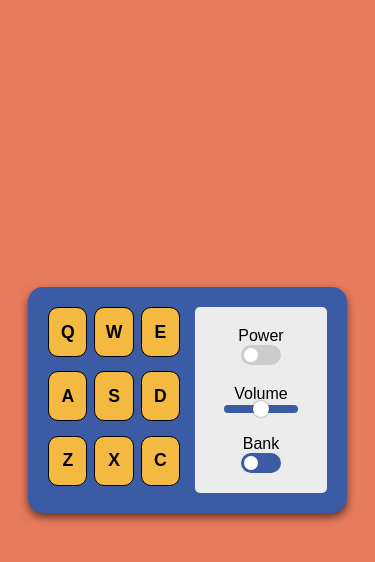
Repository: alfredoleano/drum-machine
Page: /
The author's editor kept a copy of each file at every save. The page is drawn from the files as they stood at one save, then again after the next save.
The browser window is 375 px wide. The pictures show the whole page.
The project was rebuilt for these pictures with package versions that can differ from the ones it lists, and the page was loaded fresh each time.

Above is the page before, as saved 2024-06-11 20:36:22.

### src/App.js
import { useEffect, useState } from 'react';
import './App.css';
import './styles.scss';

function App() {
  const bank1 = {
    Q: 'sounds/Heater-1.mp3',
    W: 'sounds/Heater-2.mp3',
    E: 'sounds/Heater-3.mp3',
    A: 'sounds/Heater-4_1.mp3',
    S: 'sounds/Heater-6.mp3',
    D: 'sounds/Dsc_Oh.mp3',
    Z: 'sounds/Kick_n_Hat.mp3',
    X: 'sounds/RP4_KICK_1.mp3',
    C: 'sounds/Cev_H2.mp3'
  };

  const bank2 = {
    Q: 'sounds/piano.mp3',
    W: 'sounds/jazz.wav',
    E: 'sounds/bangu.wav',
    A: 'sounds/num.wav',
    S: 'sounds/stroke.wav',
    D: 'sounds/cymbals.wav',
    Z: 'sounds/tom.wav',
    X: 'sounds/kick.wav',
    C: 'sounds/snare.wav'
  };

  const [volume, setVolume] = useState(50); // initial sound value
  const [power, setPower] = useState(false); //initial power volume
  const [bank, setBank] = useState(bank1); // initial bank value
  const [isBank1, setIsBank1] = useState(true); // initial bank toggle state

  // Function to change volume
  const changeVolume = (event) => {
    setVolume(event.target.value); // Update the state with current value of the volume slider
  };

  // Function to toggle power
  const togglePower = () => {
    setPower(!power);
  };

  // Function to switch Banks
  const toggleBank = () => {
    setBank(isBank1 ? bank2 : bank1);
    setIsBank1(!isBank1);
  }

  // Function to play sound
  const playSound = (id) => {
    if(!power) return; // Check if the power is on
    const audio = new Audio(bank[id]);
    audio.volume = volume / 100; // initial sound volume
    audio.currentTime = 0; // Set audio to beginning
    audio.play();
  };

  // Use useEffect to add event listener for keydown events
  useEffect(() => {
    // Make the approptiate key play the approptiate sound
    const handleKeydown = (event) => {
      const key = event.key.toUpperCase();
      if(['Q', 'W', 'E', 'A', 'S', 'D', 'Z', 'X', 'C'].includes(key)) {
        playSound(key);

        // Add active class to the button
        const button = document.getElementById(`button-${key}`);
        if(button) {
          button.classList.add('active');
        }
      }
    };

    const handleKeyup = (event) => {
      const key = event.key.toUpperCase();
      if (['Q', 'W', 'E', 'A', 'S', 'D', 'Z', 'X', 'C'].includes(key)) {
        // Remove active class from the button
        const button = document.getElementById(`button-${key}`);
        if (button) {
          button.classList.remove('active');
        }
      }
    };

    // Add keydown event listener
    window.addEventListener('keydown', handleKeydown);
    window.addEventListener('keyup', handleKeyup);

    // Cleanup event listener on component unmount
    return () => {
      window.removeEventListener('keydown', handleKeydown);
      window.removeEventListener('keyup', handleKeyup);
    };
  }, [volume, power, bank]);

  return (
    <div className="App">
      <div id='drum-machine'>
        <div id='display'>
          <div className='buttons-grid'>
            <button id="button-Q" onClick={() => playSound('Q')}>Q</button>
            <button id="button-W" onClick={() => playSound('W')}>W</button>
            <button id="button-E" onClick={() => playSound('E')}>E</button>
            <button id="button-A" onClick={() => playSound('A')}>A</button>
            <button id="button-S" onClick={() => playSound('S')}>S</button>
            <button id="button-D" onClick={() => playSound('D')}>D</button>
            <button id="button-Z" onClick={() => playSound('Z')}>Z</button>
            <button id="button-X" onClick={() => playSound('X')}>X</button>
            <button id="button-C" onClick={() => playSound('C')}>C</button>
          </div>

          <div className='controls'>
            <div className='settings'>
              <label>Power</label>
              {/* Rounded switch */}
              <label className="switch">
                <input type="checkbox" checked={power} onChange={togglePower}/>
                <span className="slider round"></span>
              </label>
            </div>

            <div className='settings'>
              <label>Volume</label>
              <input
                type='range'
                min={0}
                max={100}
                value={volume}
                onChange={changeVolume}
                className='blue'
              />
            </div>

            <div className='settings'>
              <label>Bank</label>
              <label className="switch">
                <input type="checkbox" checked={!isBank1} onChange={toggleBank}/>
                <span className="slider bank"></span>
              </label>
            </div>
          </div>
        </div>
      </div>
    </div>
  );
}

export default App;

### src/styles.scss
$primary-color: #E87A5D;
$secondary-color: #F3B941;
$tertiary-color: #3B5BA5;

/* Apply box-sizing: border-box globally */
*,
*::before,
*::after {
  box-sizing: border-box;
}

body {
  box-sizing: border-box;
  font-family: Arial, sans-serif;
  background-color: $primary-color;
  margin: 0;
  padding: 0;
  height: 100vh;
  // display: flex;
  // align-items: center;
  // justify-content: center;
}

#drum-machine {
  width: 100vw;
  height: 100vh;
  display: flex;
  align-items: center;
  justify-content: center;
  // background-color: greenyellow;
}

#display {
  background-color: $tertiary-color;
  width: 85%;
  max-width: 590px;
  margin: 30px auto;
  padding: 20px;
  border-radius: 15px;
  box-shadow: 0 4px 8px rgba(0, 0, 0, 0.6); /* Subtle shadow */
  display: grid;
  grid-template-columns: 1fr 1fr;
  grid-auto-columns: min-content;
  gap: 15px;
}

.buttons-grid {
  display: grid;
  grid-template-columns: repeat(3, 1fr);
  grid-template-rows: repeat(3, 1fr);
  gap: 7px;
  width: 100%;
}

.buttons-grid button {
  width: 100%px;
  height: 80px;
  // width: 100%;
  // height: 100%;
  border-radius: 10px;
  border: 1px solid #000;
  // border: none;
  font-weight: 800;
  font-size: 1.1rem;
  cursor: pointer;
  outline: none;
  background-color: #F3B941;
}

.buttons-grid button:active {
  background-color: #f1c979;
}

// For keydown event
.buttons-grid button.active {
  background-color: #f1c979;
}

.controls {
  padding: 10px;
  width: 100%;
  display: flex;
  align-items: center;
  justify-content: center;
  flex-direction: column;
  border-radius: 5px;
  background-color: #ececec;
}

.settings {
  display: flex;
  flex-direction: column;
  justify-content: space-around;
  align-items: center;
  padding: 10px;
  height: 35%;
  width: 100%;
  // background-color: #E87A5D;
}


/********************* Rounded switch styling ***********************/

/* The switch - the box around the slider */
.switch {
  position: relative;
  display: inline-block;
  width: 40px;
  height: 20px;
  // margin-top: 5px;
}

/* Hide default HTML checkbox */
.switch input {
  opacity: 0;
  width: 0;
  height: 0;
}

/* The slider */
.slider {
  position: absolute;
  cursor: pointer;
  top: 0;
  left: 0;
  right: 0;
  bottom: 0;
  background-color: #ccc;
  -webkit-transition: .4s;
  transition: .4s;
  border-radius: 25px;
}

.slider.bank {
  background: $tertiary-color;
}

.slider:before {
  position: absolute;
  content: "";
  height: 14px;
  width: 14px;
  left: 3px;
  bottom: 3px;
  background-color: white;
  -webkit-transition: .4s;
  transition: .4s;
  border-radius: 50%;
}

input:checked + .slider {
  background-color: $tertiary-color;
}

input:focus + .slider {
  box-shadow: 0 0 1px $tertiary-color;
}

input:checked + .slider:before {
  -webkit-transform: translateX(20px);
  -ms-transform: translateX(20px);
  transform: translateX(20px);
}

/* Rounded sliders */
.slider.round {
  border-radius: 34px;
}

.slider.round:before {
  border-radius: 50%;
}


/********************* Volume slider styling ***********************/
/* Style the range input */
input[type="range"] {
  appearance: none; /* Standard property */
  -webkit-appearance: none; /* WebKit browsers (Chrome, Safari, iOS) */
  -moz-appearance: none; /* Firefox */
  -ms-appearance: none; /* Internet Explorer and Edge */
  width: 80%;
  height: 8px; /* Adjust height as needed */
  background: $tertiary-color; /* Track color */
  border-radius: 5px;
  outline: none;
  opacity: 1;
  transition: opacity .2s;
}

/* Style the thumb for WebKit browsers (e.g., Chrome, Safari) */
input[type="range"]::-webkit-slider-thumb {
  -webkit-appearance: none; /* Remove default styling */
  appearance: none;
  width: 16px; /* Adjust thumb width as needed */
  height: 16px; /* Adjust thumb height as needed */
  background: #ffffff; /* Thumb color */
  border-radius: 50%; /* Make thumb round */
  cursor: pointer;
  box-shadow: 0 0 2px rgba(0, 0, 0, 0.5);
}


/* Style the thumb for Firefox */
input[type="range"]::-moz-range-thumb {
  -moz-appearance: none; /* Remove default styling */
  appearance: none; /* Standard property */
  width: 16px; /* Adjust thumb width as needed */
  height: 16px; /* Adjust thumb height as needed */
  background: #ffffff; /* Thumb color */
  border-radius: 50%; /* Make thumb round */
  cursor: pointer;
  box-shadow: 0 0 2px rgba(0, 0, 0, 0.5);
}

/* Style the thumb for Internet Explorer */
input[type="range"]::-ms-thumb {
  -ms-appearance: none; /* Remove default styling */
  appearance: none; /* Standard property */
  width: 16px; /* Adjust thumb width as needed */
  height: 16px; /* Adjust thumb height as needed */
  background: #ffffff; /* Thumb color */
  border-radius: 50%; /* Make thumb round */
  cursor: pointer;
  box-shadow: 0 0 2px rgba(0, 0, 0, 0.5);
}

/* Style the track for Internet Explorer */
input[type="range"]::-ms-track {
  width: 75%;
  height: 8px; /* Adjust height as needed */
  background: $tertiary-color; /* Track color */
  border-color: transparent;
  color: transparent;
  border-radius: 5px;
}

/******************** Mobile Design **********************/
@media screen and (max-width: 490px) {
  // body {
  //   display: flex;
  //   justify-content: center;
  //   align-items: center;
  // }

  // #drum-machine {
  //   height: 100vh;
  //   width: 100vw;
  //   overflow: hidden;
  //   background-color: pink;
  // }

  // #display {
  //   // transform: rotate(90deg);
  //   // rotate: 90deg;
  //   // max-width: 100vh;
  //   width: 100vh;
  //   height: 85vw;
  // }
  body {
    font: 10px;
  }

  .buttons-grid button {
    height: 50px;
  }
}

Loaded but not shown: public/index.html (common file); src/index.js (common file); src/index.css (common file); src/reportWebVitals.js (common file); src/App.css (common file)

After the next save:
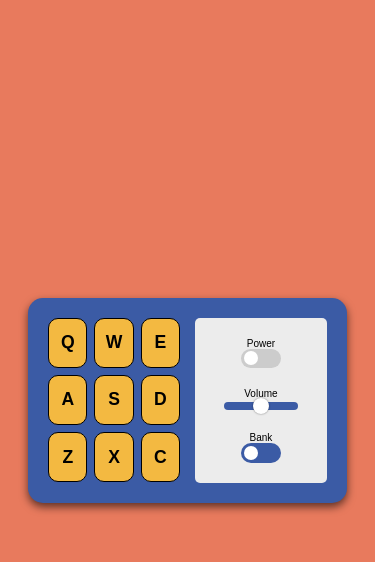
Saved 6 s later.
--- a/src/styles.scss
+++ b/src/styles.scss
@@ -258,7 +258,7 @@ input[type="range"]::-ms-track {
   //   height: 85vw;
   // }
   body {
-    font: 10px;
+    font-size: 10px;
   }
 
   .buttons-grid button {
